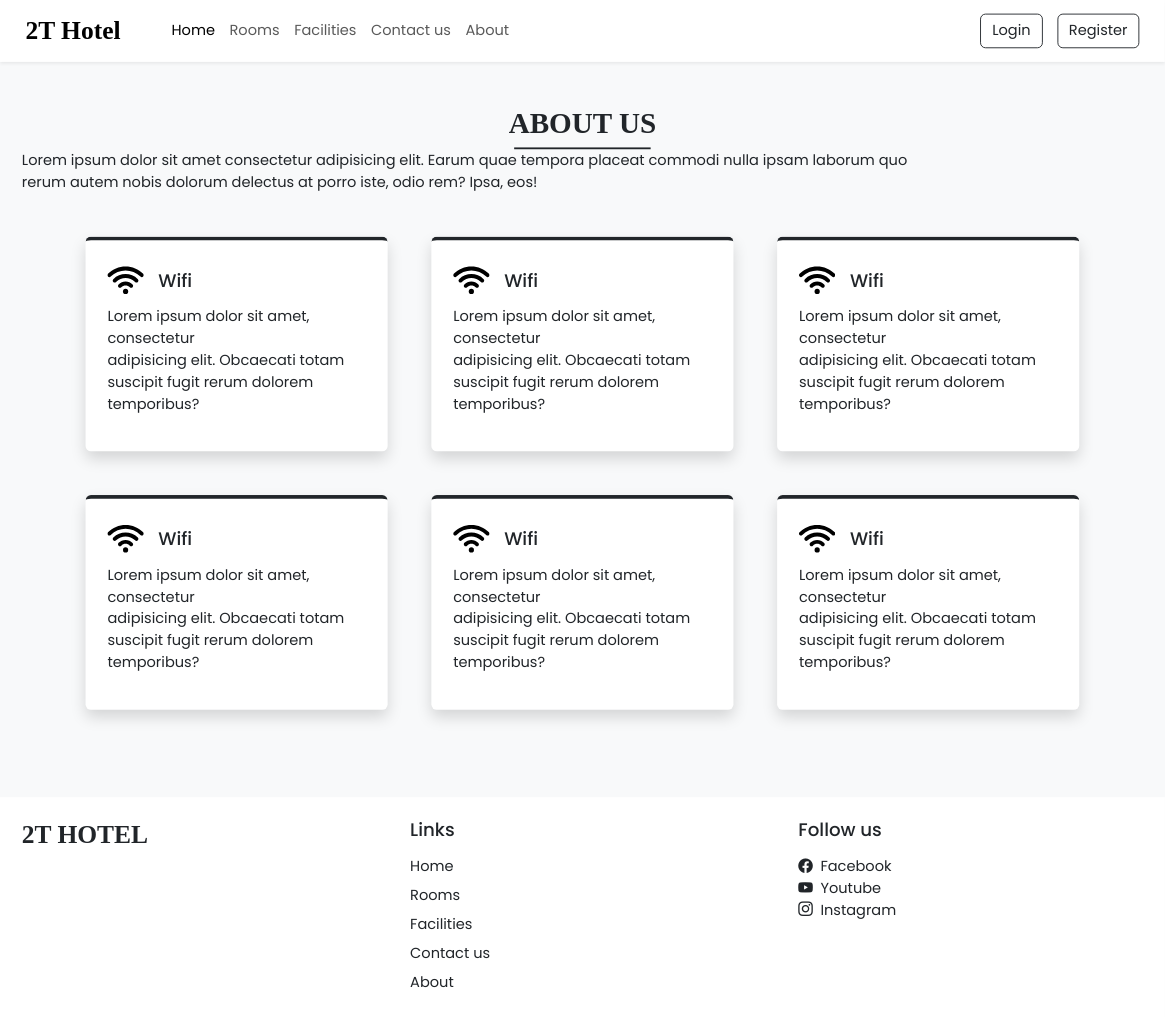
Repository: ntruong0906/desktop-tutorial
Page: http://localhost/about.php
An editor plug-in stored every save of this project. The page is shown before and after the next save, followed by the edit.
The browser window is 1280 px wide. The pictures show the whole page, at 91% of full size.
Some web fonts or font styles are not loaded; a fallback is used. The page is run by PHP 8.4 with error messages shown; the project is at /var/www/html/.

Above is the page before, as saved 2024-03-19 00:04:56.

### WebsiteBookingHotel/about.php
<!DOCTYPE html>
<html lang="en">

<head>
    <meta charset="UTF-8">
    <meta http-equiv="X-UA-Compatible" content="IE-edge">
    <meta name="viewport" content="width=device-width, initial-scale=1.0">
    <title>2T Hotel - ABOUT</title>
    <?php require('inc/links.php'); ?>
    <style>
    .pop:hover {
        border-top-color: var(--teal) !important;
        transform: scale(1.03);
        transition: all 0.3s;
    }
    </style>
    <link rel="stylesheet" href="https://cdn.jsdelivr.net/npm/swiper@11/swiper-bundle.min.css" />
    <style>
    @media screen and (max-width: 575px) {
        .availability-form {
            margin: 25px;
            padding: 0 35px;
        }
    }
    </style>
</head>

<body class="bg-light">
    <?php require('inc/header.php'); ?>

    <div class="my-5 px-4">
        <h2 class="fw-bold h-font text-center">ABOUT US</h2>
        <div class="h-line bg-dark"></div>
        <p>Lorem ipsum dolor sit amet consectetur adipisicing elit. Earum quae tempora placeat commodi nulla ipsam
            laborum quo <br> rerum autem nobis dolorum delectus at porro iste, odio rem? Ipsa, eos!</p>
    </div>
    <div class="container">
        <div class="row">
            <div class="col-lg-4 col-md-6 mb-5 px-4">
                <div class="bg-white rounded shadow p-4 border-top border-4 border-dark pop">
                    <div class="d-flex align-items-center mb-2">
                        <img src="images/facilities/Wifi.svg" alt="" width="40px">
                        <h5 class="m-0 ms-3">Wifi</h5>
                    </div>
                    <p>Lorem ipsum dolor sit amet, consectetur <br> adipisicing elit. Obcaecati totam suscipit fugit
                        rerum
                        dolorem temporibus?</p>
                </div>
            </div>
            <div class="col-lg-4 col-md-6 mb-5 px-4">
                <div class="bg-white rounded shadow p-4 border-top border-4 border-dark pop">
                    <div class="d-flex align-items-center mb-2">
                        <img src="images/facilities/Wifi.svg" alt="" width="40px">
                        <h5 class="m-0 ms-3">Wifi</h5>
                    </div>
                    <p>Lorem ipsum dolor sit amet, consectetur <br> adipisicing elit. Obcaecati totam suscipit fugit
                        rerum
                        dolorem temporibus?</p>
                </div>
            </div>
            <div class="col-lg-4 col-md-6 mb-5 px-4">
                <div class="bg-white rounded shadow p-4 border-top border-4 border-dark pop">
                    <div class="d-flex align-items-center mb-2">
                        <img src="images/facilities/Wifi.svg" alt="" width="40px">
                        <h5 class="m-0 ms-3">Wifi</h5>
                    </div>
                    <p>Lorem ipsum dolor sit amet, consectetur <br> adipisicing elit. Obcaecati totam suscipit fugit
                        rerum
                        dolorem temporibus?</p>
                </div>
            </div>
            <div class="col-lg-4 col-md-6 mb-5 px-4">
                <div class="bg-white rounded shadow p-4 border-top border-4 border-dark pop">
                    <div class="d-flex align-items-center mb-2">
                        <img src="images/facilities/Wifi.svg" alt="" width="40px">
                        <h5 class="m-0 ms-3">Wifi</h5>
                    </div>
                    <p>Lorem ipsum dolor sit amet, consectetur <br> adipisicing elit. Obcaecati totam suscipit fugit
                        rerum
                        dolorem temporibus?</p>
                </div>
            </div>
            <div class="col-lg-4 col-md-6 mb-5 px-4">
                <div class="bg-white rounded shadow p-4 border-top border-4 border-dark pop">
                    <div class="d-flex align-items-center mb-2">
                        <img src="images/facilities/Wifi.svg" alt="" width="40px">
                        <h5 class="m-0 ms-3">Wifi</h5>
                    </div>
                    <p>Lorem ipsum dolor sit amet, consectetur <br> adipisicing elit. Obcaecati totam suscipit fugit
                        rerum
                        dolorem temporibus?</p>
                </div>
            </div>
            <div class="col-lg-4 col-md-6 mb-5 px-4">
                <div class="bg-white rounded shadow p-4 border-top border-4 border-dark pop">
                    <div class="d-flex align-items-center mb-2">
                        <img src="images/facilities/Wifi.svg" alt="" width="40px">
                        <h5 class="m-0 ms-3">Wifi</h5>
                    </div>
                    <p>Lorem ipsum dolor sit amet, consectetur <br> adipisicing elit. Obcaecati totam suscipit fugit
                        rerum
                        dolorem temporibus?</p>
                </div>
            </div>
        </div>
    </div>

    <!-- footer -->
    <?php require('inc/footer.php'); ?>




    <!-- <script src="https://cdn.jsdelivr.net/npm/swiper@11/swiper-bundle.min.js"></script>
    <script src="https://cdn.jsdelivr.net/npm/bootstrap@5.3.3/dist/js/bootstrap.bundle.min.js"
        integrity="sha384-YvpcrYf0tY3lHB60NNkmXc5s9fDVZLESaAA55NDzOxhy9GkcIdslK1eN7N6jIeHz" crossorigin="anonymous">
    </script> -->
    <!-- <script>
    var swiper = new Swiper(".swiper-container", {
        spaceBetween: 30,
        effect: "fade",
        loop: true,
        autoplay: {
            delay: 3500,
            disableOnInteraction: false,
        }
    });
    var swiper = new Swiper(".swiper-testimonials", {
        effect: "coverflow",
        grabCursor: true,
        centeredSlides: true,
        slidesPerView: "auto",
        slidesPerView: "3",
        loop: true,
        coverflowEffect: {
            rotate: 50,
            stretch: 0,
            depth: 100,
            modifier: 1,
            slideShadows: false,
        },
        pagination: {
            el: ".swiper-pagination",
        },
        breakpoints: {
            320: {
                slidesPerView: 1,
            },
            640: {
                slidesPerView: 1,
            },
            768: {
                slidesPerView: 2,
            },
            1024: {
                slidesPerView: 3,
            },
        }
    });
    </script> -->
</body>

</html>

### WebsiteBookingHotel/inc/links.php
<link href="https://cdn.jsdelivr.net/npm/bootstrap@5.3.3/dist/css/bootstrap.min.css" rel="stylesheet"
    integrity="sha384-QWTKZyjpPEjISv5WaRU9OFeRpok6YctnYmDr5pNlyT2bRjXh0JMhjY6hW+ALEwIH" crossorigin="anonymous">
<link href="https://fonts.googleapis.com/css2?family=Merienda:wght@400;700&family=Poppins:wght@400;500;600&display=swap"
    rel="stylesheet">
<link rel="stylesheet" href="https://cdn.jsdelivr.net/npm/bootstrap-icons@1.11.3/font/bootstrap-icons.min.css">
<link rel="stylesheet" href="css/common.css">

### WebsiteBookingHotel/inc/header.php
<nav class="navbar navbar-expand-lg navbar-light bg-white px-lg-3 py-lg-2 shadow-sm sticky-top">
    <div class="container-fluid">
        <a class="navbar-brand me-5 fw-bold fs-3 h-font" href="index.php">2T Hotel</a>
        <button class="navbar-toggler shadow-none" type="button" data-bs-toggle="collapse"
            data-bs-target="#navbarSupportedContent" aria-controls="navbarSupportedContent" aria-expanded="false"
            aria-label="Toggle navigation">
            <span class="navbar-toggler-icon"></span>
        </button>
        <div class="collapse navbar-collapse" id="navbarSupportedContent">
            <ul class="navbar-nav me-auto mb-2 mb-lg-0">
                <li class="nav-item">
                    <a class="nav-link active" aria-current="page" href="index.php">Home</a>
                </li>
                <li class="nav-item">
                    <a class="nav-link" href="#">Rooms</a>
                </li>
                <li class="nav-item">
                    <a class="nav-link" href="facilities.php">Facilities</a>
                </li>
                <li class="nav-item">
                    <a class="nav-link" href="#">Contact us</a>
                </li>
                <li class="nav-item">
                    <a class="nav-link" href="about.php">About</a>
                </li>
            </ul>
            <div class="d-flex">
                <button type="button" class="btn btn-outline-dark shadow-none me-lg-3 me-2" data-bs-toggle="modal"
                    data-bs-target="#loginModal">
                    Login
                </button>
                <button type="button" class="btn btn-outline-dark shadow-none " data-bs-toggle="modal"
                    data-bs-target="#registerModal">
                    Register
                </button>
            </div>
        </div>
    </div>
</nav>

<!-- login -->
<div class="modal fade" id="loginModal" data-bs-backdrop="static" data-bs-keyboard="false" tabindex="-1"
    aria-labelledby="staticBackdropLabel" aria-hidden="true">
    <div class="modal-dialog">
        <div class="modal-content">
            <form>
                <div class="modal-header">
                    <h5 class="modal-title d-flex align-item-center">
                        <i class="bi bi-person-circle fs-5 me-2"></i> User login
                    </h5>
                    <button type="reset" class="btn-close shadow-none" data-bs-dismiss="modal"
                        aria-label="Close"></button>
                </div>
                <div class="modal-body">
                    <div class="mb-3">
                        <label class="form-label">Email address</label>
                        <input type="email" class="form-control shadow-none">
                    </div>
                    <div class="mb-4">
                        <label class="form-label">Password</label>
                        <input type="password" class="form-control shadow-none">
                    </div>
                    <div class="d-flex align-items-center justify-content-between mb-2">
                        <button type="submit" class="btn btn-dark shadow-none">LOGIN</button>
                        <a href="javascript: void(0)" class="text-secondary text-decoration-none">Forgot
                            Password?</a>
                    </div>
                </div>
            </form>
        </div>
    </div>
</div>

<!-- Register -->
<div class="modal fade" id="registerModal" data-bs-backdrop="static" data-bs-keyboard="false" tabindex="-1"
    aria-labelledby="staticBackdropLabel" aria-hidden="true">
    <div class="modal-dialog modal-lg">
        <div class="modal-content">
            <form>
                <div class="modal-header">
                    <h5 class="modal-title d-flex align-item-center">
                        <i class="bi bi-person-lines-fill fs-5 me-2"></i>
                        User Registration
                    </h5>
                    <button type="reset" class="btn-close shadow-none" data-bs-dismiss="modal"
                        aria-label="Close"></button>
                </div>
                <div class="modal-body">
                    <span class="badge rounded-pill bg-light text-dark mb-3 text-wrap lh-base">
                        Note: Your details must match with your ID (Aadhar card, passport, driving license, etc.)
                        that will be required dring check-in.
                    </span>
                    <div class="container-fluid">
                        <div class="row">
                            <!-- Name -->
                            <div class="col-md-6 ps-0 mb-3">
                                <label class="form-label">Name</label>
                                <input type="text" class="form-control shadow-none">
                            </div>
                            <!-- Email -->
                            <div class="col-md-6 p-0 mb-3">
                                <label class="form-label">Email</label>
                                <input type="email" class="form-control shadow-none">
                            </div>
                            <!-- Phone Number -->
                            <div class="col-md-6 ps-0 mb-3">
                                <label class="form-label">Phone Number</label>
                                <input type="number" class="form-control shadow-none">
                            </div>
                            <!-- Picture -->
                            <div class="col-md-6 p-0 mb-3">
                                <label class="form-label">Picture</label>
                                <input type="file" class="form-control shadow-none">
                            </div>
                            <!-- Address -->
                            <div class="col-md-12 p-0 mb-3">
                                <label class="form-label">Address</label>
                                <textarea class="form-control shadow-none" rows="1"></textarea>
                            </div>
                            <!-- Pincode -->
                            <div class="col-md-6 ps-0 mb-3">
                                <label class="form-label">Pincode</label>
                                <input type="number" class="form-control shadow-none">
                            </div>
                            <!-- Date of birth -->
                            <div class="col-md-6 p-0 mb-3">
                                <label class="form-label">Date of birth</label>
                                <input type="date" class="form-control shadow-none">
                            </div>
                            <!-- Password -->
                            <div class="col-md-6 ps-0 mb-3">
                                <label class="form-label">Password</label>
                                <input type="password" class="form-control shadow-none">
                            </div>
                            <!-- Comfirm Password -->
                            <div class="col-md-6 p-0 mb-3">
                                <label class="form-label">Comfirm Password</label>
                                <input type="password" class="form-control shadow-none">
                            </div>
                        </div>
                    </div>
                    <div class="text-center my-1">
                        <button type="submit" class="btn btn-dark shadow-none">REGISTER</button>
                    </div>
                </div>
            </form>
        </div>
    </div>
</div>

### WebsiteBookingHotel/inc/footer.php
<div class="container-fluid bg-white mt-5">
    <div class="row">
        <div class="col-lg-4 p-4">
            <h3 class="h-font fw-bold fs-3">2T HOTEL</h3>
            <p>

            </p>
        </div>
        <div class="col-lg-4 p-4">
            <h5 class="mb-3">Links</h5>
            <a href="#" class="d-inline-block mb-2 text-dark text-decoration-none">Home</a><br>
            <a href="#" class="d-inline-block mb-2 text-dark text-decoration-none">Rooms</a><br>
            <a href="#" class="d-inline-block mb-2 text-dark text-decoration-none">Facilities</a><br>
            <a href="#" class="d-inline-block mb-2 text-dark text-decoration-none">Contact us</a><br>
            <a href="#" class="d-inline-block mb-2 text-dark text-decoration-none">About</a>
        </div>
        <div class="col-lg-4 p-4">
            <h5 class="mb-3">Follow us</h5>
            <a href="#" class="d-inline-block text-dark text-decoration-none md-2">
                <i class="bi bi-facebook me-1"></i> Facebook
            </a><br>
            <a href="#" class="d-inline-block text-dark text-decoration-none md-2">
                <i class="bi bi-youtube me-1"></i> Youtube
            </a><br>
            <a href="#" class="d-inline-block text-dark text-decoration-none ">
                <i class="bi bi-instagram me-1"></i> Instagram
            </a><br>
        </div>
    </div>
</div>

### WebsiteBookingHotel/css/common.css
:root{
    --teal: #2ec1ac;
    --teal_hover: #279e8c;
}

* {
    font-family: 'Poppins', sans-serif;
}

.h-font {
    font-family: 'Merienda', cursive;
}

input::-webkit-outer-spin-button,
input::-webkit-inner-spin-button {
    -webkit-appearance: none;
    margin: 0;
}

/* input[type=number] {
    -moz-appearance: textfield;
} */

.custom-bg {
    background-color: var(--teal);
    border: 1px solid var(--teal);
}

.custom-bg:hover {
    background-color: var(--teal_hover);
    border-color: var(--teal_hover);
}

.availability-form {
    margin-top: -50px;
    z-index: 2;
    position: relative;
}
.h-line{
    width: 150px ;
    margin: 0 auto;
    height: 1.7px;
}

### WebsiteBookingHotel/images/facilities/Wifi.svg
<?xml version="1.0" encoding="iso-8859-1"?>
<!-- Generator: Adobe Illustrator 19.0.0, SVG Export Plug-In . SVG Version: 6.00 Build 0)  -->
<svg version="1.1" id="Capa_1" xmlns="http://www.w3.org/2000/svg" xmlns:xlink="http://www.w3.org/1999/xlink" x="0px" y="0px"
	 viewBox="0 0 494.45 494.45" style="enable-background:new 0 0 494.45 494.45;" xml:space="preserve">
<g>
	<g>
		<g>
			<path d="M395.225,277.325c-6.8,0-13.5-2.6-18.7-7.8c-71.4-71.3-187.4-71.3-258.8,0c-10.3,10.3-27.1,10.3-37.4,0
				s-10.3-27.1,0-37.4c92-92,241.6-92,333.6,0c10.3,10.3,10.3,27.1,0,37.4C408.725,274.725,401.925,277.325,395.225,277.325z"/>
		</g>
		<g>
			<path d="M323.625,348.825c-6.8,0-13.5-2.6-18.7-7.8c-15.4-15.4-36-23.9-57.8-23.9s-42.4,8.5-57.8,23.9
				c-10.3,10.3-27.1,10.3-37.4,0c-10.3-10.3-10.3-27.1,0-37.4c25.4-25.4,59.2-39.4,95.2-39.4s69.8,14,95.2,39.5
				c10.3,10.3,10.3,27.1,0,37.4C337.225,346.225,330.425,348.825,323.625,348.825z"/>
		</g>
		<g>
			<circle cx="247.125" cy="398.925" r="35.3"/>
		</g>
		<g>
			<path d="M467.925,204.625c-6.8,0-13.5-2.6-18.7-7.8c-111.5-111.4-292.7-111.4-404.1,0c-10.3,10.3-27.1,10.3-37.4,0
				s-10.3-27.1,0-37.4c64-64,149-99.2,239.5-99.2s175.5,35.2,239.5,99.2c10.3,10.3,10.3,27.1,0,37.4
				C481.425,202.025,474.625,204.625,467.925,204.625z"/>
		</g>
	</g>
</g>
<g>
</g>
<g>
</g>
<g>
</g>
<g>
</g>
<g>
</g>
<g>
</g>
<g>
</g>
<g>
</g>
<g>
</g>
<g>
</g>
<g>
</g>
<g>
</g>
<g>
</g>
<g>
</g>
<g>
</g>
</svg>

After the next save:
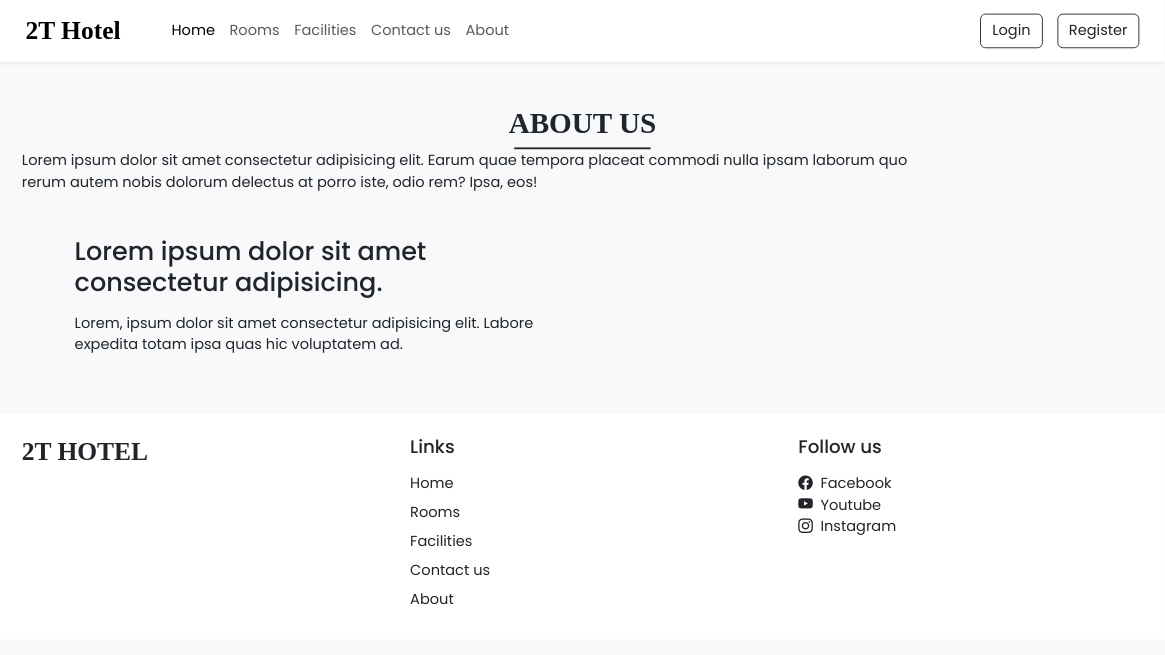
Saved 4 min 36 s later.
--- a/WebsiteBookingHotel/about.php
+++ b/WebsiteBookingHotel/about.php
@@ -36,71 +36,10 @@
     </div>
     <div class="container">
         <div class="row">
-            <div class="col-lg-4 col-md-6 mb-5 px-4">
-                <div class="bg-white rounded shadow p-4 border-top border-4 border-dark pop">
-                    <div class="d-flex align-items-center mb-2">
-                        <img src="images/facilities/Wifi.svg" alt="" width="40px">
-                        <h5 class="m-0 ms-3">Wifi</h5>
-                    </div>
-                    <p>Lorem ipsum dolor sit amet, consectetur <br> adipisicing elit. Obcaecati totam suscipit fugit
-                        rerum
-                        dolorem temporibus?</p>
-                </div>
-            </div>
-            <div class="col-lg-4 col-md-6 mb-5 px-4">
-                <div class="bg-white rounded shadow p-4 border-top border-4 border-dark pop">
-                    <div class="d-flex align-items-center mb-2">
-                        <img src="images/facilities/Wifi.svg" alt="" width="40px">
-                        <h5 class="m-0 ms-3">Wifi</h5>
-                    </div>
-                    <p>Lorem ipsum dolor sit amet, consectetur <br> adipisicing elit. Obcaecati totam suscipit fugit
-                        rerum
-                        dolorem temporibus?</p>
-                </div>
-            </div>
-            <div class="col-lg-4 col-md-6 mb-5 px-4">
-                <div class="bg-white rounded shadow p-4 border-top border-4 border-dark pop">
-                    <div class="d-flex align-items-center mb-2">
-                        <img src="images/facilities/Wifi.svg" alt="" width="40px">
-                        <h5 class="m-0 ms-3">Wifi</h5>
-                    </div>
-                    <p>Lorem ipsum dolor sit amet, consectetur <br> adipisicing elit. Obcaecati totam suscipit fugit
-                        rerum
-                        dolorem temporibus?</p>
-                </div>
-            </div>
-            <div class="col-lg-4 col-md-6 mb-5 px-4">
-                <div class="bg-white rounded shadow p-4 border-top border-4 border-dark pop">
-                    <div class="d-flex align-items-center mb-2">
-                        <img src="images/facilities/Wifi.svg" alt="" width="40px">
-                        <h5 class="m-0 ms-3">Wifi</h5>
-                    </div>
-                    <p>Lorem ipsum dolor sit amet, consectetur <br> adipisicing elit. Obcaecati totam suscipit fugit
-                        rerum
-                        dolorem temporibus?</p>
-                </div>
-            </div>
-            <div class="col-lg-4 col-md-6 mb-5 px-4">
-                <div class="bg-white rounded shadow p-4 border-top border-4 border-dark pop">
-                    <div class="d-flex align-items-center mb-2">
-                        <img src="images/facilities/Wifi.svg" alt="" width="40px">
-                        <h5 class="m-0 ms-3">Wifi</h5>
-                    </div>
-                    <p>Lorem ipsum dolor sit amet, consectetur <br> adipisicing elit. Obcaecati totam suscipit fugit
-                        rerum
-                        dolorem temporibus?</p>
-                </div>
-            </div>
-            <div class="col-lg-4 col-md-6 mb-5 px-4">
-                <div class="bg-white rounded shadow p-4 border-top border-4 border-dark pop">
-                    <div class="d-flex align-items-center mb-2">
-                        <img src="images/facilities/Wifi.svg" alt="" width="40px">
-                        <h5 class="m-0 ms-3">Wifi</h5>
-                    </div>
-                    <p>Lorem ipsum dolor sit amet, consectetur <br> adipisicing elit. Obcaecati totam suscipit fugit
-                        rerum
-                        dolorem temporibus?</p>
-                </div>
+            <div class="col-lg-6">
+                <h3 class="mb-3">Lorem ipsum dolor sit amet consectetur adipisicing.</h3>
+                <p>Lorem, ipsum dolor sit amet consectetur adipisicing elit. Labore expedita totam ipsa quas hic
+                    voluptatem ad.</p>
             </div>
         </div>
     </div>
